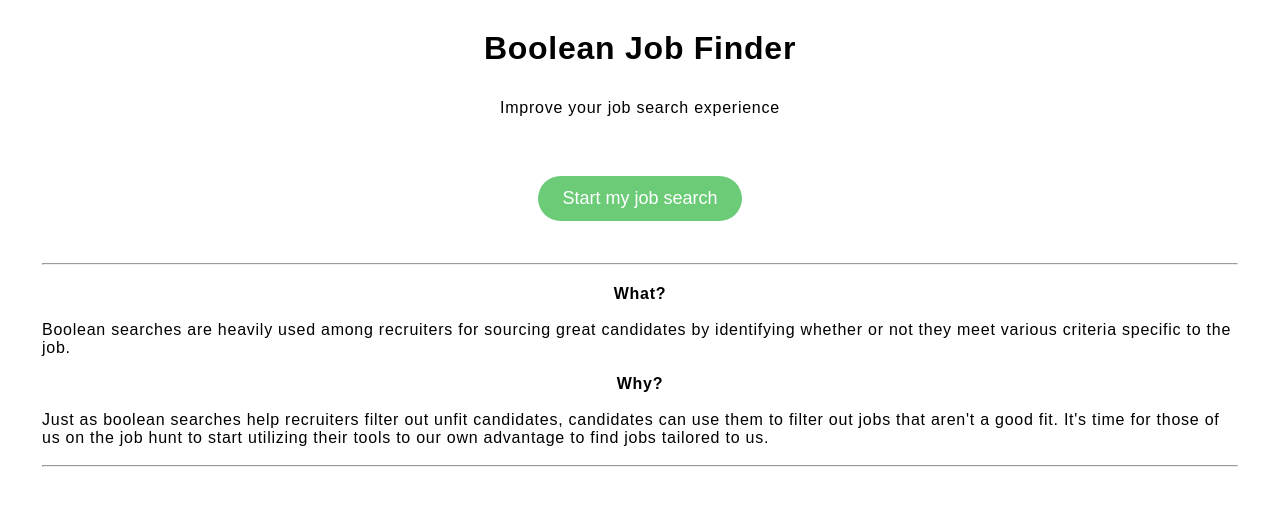
Repository: Rthompson2548/boolean-job-searcher
Page: /
An editor plug-in stored every save of this project. The page is shown before and after the next save, followed by the edit.
The browser window is 1280 px wide. The pictures show the whole page.
The project was rebuilt for these pictures with package versions that can differ from the ones it lists, and the page was loaded fresh each time.

Above is the page before, as saved 2022-04-05 14:33:45.

### public/index.html
<!DOCTYPE html>
<html lang="en">
  <head>
    <meta charset="utf-8" />
    <link rel="icon" href="%PUBLIC_URL%/favicon.ico" />
    <meta name="viewport" content="width=device-width, initial-scale=1" />
    <meta name="theme-color" content="#000000" />
    <meta
      name="description"
      content="Web site created using create-react-app"
    />
    <link rel="preconnect" href="https://fonts.googleapis.com">
    <link rel="preconnect" href="https://fonts.gstatic.com" crossorigin>
    <link href="https://fonts.googleapis.com/css2?family=Inconsolata&family=League+Spartan&display=swap" rel="stylesheet">

    <title>React App</title>
  </head>
  <body>
    <noscript>You need to enable JavaScript to run this app.</noscript>
    <div id="root"></div>
    <!--
      This HTML file is a template.
      If you open it directly in the browser, you will see an empty page.

      You can add webfonts, meta tags, or analytics to this file.
      The build step will place the bundled scripts into the <body> tag.

      To begin the development, run `npm start` or `yarn start`.
      To create a production bundle, use `npm run build` or `yarn build`.
    -->
  </body>
</html>

### src/App.js
import "./styles.css";
// import { CopyToClipboard } from "react-copy-to-clipboard";
import React, { useState, useEffect, useRef } from "react";



export default function App() {
  let searchCategories = [
    "Experience",
    "Location",
    "Tech Stack",
    "Title",
    "Technologies",
    "Company"
  ];

let defaultCategories = [
  {
    id: 1,
    name: "Experience",
    placeholders: ["Junior", "Entry", "Grad", "Student"]
  },
  {
    id: 2,
    name: "Location",
    placeholders: ["Junior", "Entry", "Grad", "Student"]
  },
  {
    id: 3,
    name: "End",
    placeholders: ["Junior", "Entry", "Grad", "Student"]
  },
  {
    id: 4,
    name: "Title",
    placeholders: ["Junior", "Entry", "Grad", "Student"]
  },
  {
    id: 5,
    name: "Technologies",
    placeholders: ["Junior", "Entry", "Grad", "Student"]
  },
  {
    id: 6,
    name: "Company Name",
    placeholders: ["Junior", "Entry", "Grad", "Student"]
  }
];


const [copyString, setCopyString] = useState("");
const [addCategory, setAddCategory] = useState(false);
const [addCategoryBtnText, setAddCategoryBtnText] = useState(
"Start my job search"
)
const [category, setCategory] = useState("");
const [categoryChosen, setCategoryChosen] = useState(false);
const [categoryOptions, setCategoryOptions] = useState(false);
const [showCategoryForm, setShowCategoryForm] = useState(false);
const [showNewCategoryButton, setShowNewCategoryButton] = useState(true);
const [showName, setShowName] = useState(false);
const [showForm, setShowForm] = useState(false);
const [showAddWordBtn, setShowAddWordBtn] = useState(false)
const [word, setWord] = useState("");
const [list, setList] = useState([]);
const [show, setShow] = useState(false);
const [finishBtn, setFinishBtn] = useState(false);
const [finished, setFinished] = useState(false);
const [result, setResult] = useState([]);
const [doneWarning, setDoneWarning] = useState(false);
const [goodbyeMessage, setGoodbyeMessage] = useState(false);


const handleNewCategory = () => {
  setCategory("");
  setAddCategoryBtnText("Add a category");
  setShowNewCategoryButton(false);
  setFinishBtn(false);
  setCategoryOptions(true);
  setCategoryChosen(false);
};



const handleCustomCategory = () => {
  setShowCategoryForm(true);
  setCategoryOptions(false);
};


const handleCategoryNameChange = event => {
  setCategory(event.target.value);
};

const submitCategory = () => {
  setAddCategory(false);
  setShowName(true);
  setShowNewCategoryButton(false);
  setShowAddWordBtn(true);
  setShowForm(true);
  setShowCategoryForm(false);
};


const handleAddWord = () => {
  setShowForm(true);
  setCategoryOptions(false);
  setCategoryChosen(true);
};


const handleCategoryClick = event => {
  setCategory(event.target.value);
  setCategoryChosen(true);
};


const handleWordChange = event => {
  setWord(event.target.value);
};


  const [noLetters, setNoLetters] = useState(false);

  const submitAsteriskWord = () => {
    if (word.length <= 1) {
      setNoLetters(true);
    } else {
      setList((prevList) => [...prevList, `"${word}*"`]);
      setWord("");
      setShow(true);
      console.log(word);
    }
  };

  const submitWord = () => {
    if (word.length <= 1) {
      setNoLetters(true);
    } else {
      setList((prevList) => [...prevList, `"${word}"`]);
      setWord("");
      setShow(true);
      console.log(word);
    }
  };

  useEffect(() => {
    setCategory(category);
  }, [category]);

  let booleanString = `(${list.join(" OR ")})`;

  const handleSubmitCategoryWords = () => {
    setShowNewCategoryButton(true);
    setShow(false);
    setShowName(false);
    setShowForm(false);
    setFinishBtn(true);
    setResult((previousResult) => [...previousResult, booleanString]);
    console.log(result.join(" AND "));
    console.log(`list: ${list}`);
    setList([]);
    console.log(`list: ${list}`);
    setCopyString(result.join(" AND "));
  };

  const handleGenerateString = () => {
    setFinished(true);
    setFinishBtn(false);
    setShowNewCategoryButton(false);
    setDoneWarning(false);
    // setGoodbyeMessage(true);
  };

const handleDone = () => {
  setDoneWarning(true);
  setFinished(false);
};


const handleConfirmFinished = () => {
  setDoneWarning(false);
  setGoodbyeMessage(true);
  setShow(false);
  setFinished(false);
};



  return (
    <div className="App">
      <div className="header">
        <h1 className="app-title">Boolean Job Finder</h1>
        <p>Improve your job search experience</p>
        <button className="start-btn" onClick={handleNewCategory}>
          {addCategoryBtnText}
        </button>

      </div>
      <div>
    </div>


      {categoryOptions === true && (
        <div>
          <div>
<p className="pick-a-category-txt">Click a category below to start</p>


            {/* iterates through array of category names and returns a button for each */}
            <div className="category-btns">
              {searchCategories.map((value, i) => (
                <button
                  id="category-btn"
                  className="category-btn"
                  key={i}
                  value={searchCategories[i]}
                  onClick={handleCategoryClick}
                >
                  {value}
                </button>
              ))}

            </div>

{
  categoryChosen === true && (
    <button className="continue-btn" onClick={handleAddWord}>
      Continue
    </button>
  )
}
          </div>
        </div>
      )}

{
  showCategoryForm === true && (
    <div>
      <label>Enter a custom category name</label>
      <input
        placeholder="Enter category name"
        onChange={handleCategoryNameChange}
        value={category}
      />

<button onClick={submitCategory}>Submit</button>;

    </div>
  )
}

      {showForm === true && (
        <div className="keyword-form">
          <h1>{category}</h1>

          <div className="keyword-form-info">
            <div>
              <label>Enter 1 or more keywords</label>
            </div>
            <input
              placeholder="Enter two or more letters..."
              value={word}
              onChange={handleWordChange}
            />
          </div>

          <div className="keyword-btns">
            <button onClick={submitWord}>Include exact keyword</button>
            <button onClick={submitAsteriskWord}>
              Include similar keywords
            </button>

          </div>


        </div>
      )}

      {show === true && (
        <div className="keyword-string">
          <h4>{booleanString}</h4>
        </div>
      )}

      {showForm === true && (
        <div>
          <button className="continue-btn" onClick={handleSubmitCategoryWords}>
            Continue
          </button>
        </div>
      )}

      {showNewCategoryButton === true && (
        // <div className="what-why">
        <div className="what-why-info">
          <hr />
              <h4>What?</h4>
              <p>
                Boolean searches are heavily used among recruiters for sourcing great
                candidates by identifying whether or not they meet various criteria specific
                to the job.
              </p>
              <h4>Why?</h4>
              <p>
                Just as boolean searches help recruiters filter out unfit candidates, candidates can use them to filter out jobs that aren't a good fit. It's time for those of us on the job hunt to start utilizing their tools to our own advantage to find jobs tailored to us.
          </p>

          <hr />
        </div>



        // </div>
      )}


      {finishBtn === true && (
        <div>
          <button className="done-btn" onClick={handleGenerateString}>
            Submit
          </button>
        </div>
      )}

      {finished === true && (
        <div className="boolean-string">
          <p value={copyString}>{result.join(" AND ")}</p>
          <button className="done-btn" onClick={handleDone}>
            Done
          </button>
        </div>
      )}

      {doneWarning === true && (
        <div className="boolean-string">
          <p>Are you sure? This cannot be undone</p>
          <button className="done-btn" onClick={handleConfirmFinished}>
            Yes, I am done
          </button>
        </div>
      )}

      {goodbyeMessage === true && (
        <div className="goodye-msg boolean-string">
<p>Goodbye!</p>;

          <button
            className="start-btn"
            onClick={() => window.location.reload(false)}
          >
            Home
          </button>
        </div>
      )}
    </div>
  );
}

### src/styles.css
* {
  margin: 0;
  padding: 0;
  /* background-color: #fff; */
  /* color: #000; */
  /* padding: 18px 0; */
}

.App {
  font-family: sans-serif;
  text-align: center;
  letter-spacing: 0.75px;
}

.header {
  line-height: 2rem;
  letter-spacing: 0.75px;
  padding: 32px 0 0 0;
}

img {
  width: 250px;
  height: auto;
}

button {
  /* width: 300px; */
  border-radius: 25px;
  background-color: #fff;
  color: #000;
  border: none;
  /* margin: 18px 0 0 0; */
  font-size: 18px;
}

.app-title {
  margin-bottom: 28px;
  font-size: 32px;
}

h3 {
  font-size: 22px;
}

.what-why-info {
  overflow: hidden;
  padding: 42px;
}

.what-why-info p {
  margin: 18px 0 !important;
  text-align: left !important;
}

hr {
  margin-bottom: 20px;
}
.start-btn {
  background-color: #6bcb77 !important;
  color: #fff;
  font-size: 18px;
  vertical-align: middle;
  padding: 12px 24px;
  margin-top: 52px;
}

.pick-a-category-txt {
  font-size: 18px;
  margin-bottom: 12px;
}

input {
  background-color: #fff;
  font-size: 18px;
  color: #000;
  width: 260px;
  border: 1.5px solid black;
  border-radius: 25px;
}

label {
  font-size: 20px;
}

.category-btns {
  /* center the element */
  right: 0;
  left: 0;
  margin-right: auto;
  margin-left: auto;
  display: flex;
  flex-direction: column;
  align-items: center;
}

.category-btns button {
  background-color: #ff6b6b;
  color: #fff;
  padding: 12px 42px;
  width: 300px;
}

.category-buttons button:active,
button:focus {
  /* color: #fff !important;
  background-color: #FFD93D !important; */
}

.category-buttons button:visited:after {
  color: #fff !important;
  background-color: #000 !important;
}

.continue-btn {
  background-color: #4d96ff;
  color: #fff;
}

.keyword-form-info {
  margin-top: 24px;
}

.keyword-form-info input {
  padding: 10px 24px 10px 10px;
  margin-top: 16px;
}

.keyword-btns {
  display: flex;
  flex-direction: column;
  align-items: center;
  margin: 10px 0 24px 0;
}

.keyword-btns button {
  background-color: #ff6b6b;
  color: #fff;
  font-size: 18px;
}

.keyword-string {
  padding: 20px;
  font-size: 20px;
  line-height: 2rem;
}

.goodye-msg {
  /* padding-top: 25%; */
  font-size: 42px !important;
}

.goodye-msg button {
  /* background-color: #4D96FF !important; */
  /* vertical-align: middle !important; */
}

.boolean-string {
  font-size: 32px;
  font-weight: bold;
  padding-top: 10%;
}


.boolean-string button {
  background-color: #fa58bc;
  color: #fff;
}

.done-btn {
  background-color: #4d96ff !important;
  color: #fff;
  font-size: 22px;
  vertical-align: middle;
  width: 400px;
  padding: 20px 0;
  margin-top: 36px;
}

.home-btn {
  background-color: #6bcb77 !important;
}

Loaded but not shown: src/index.js (common file); src/index.css (no stored copy; drawn as an empty file)

After the next save:
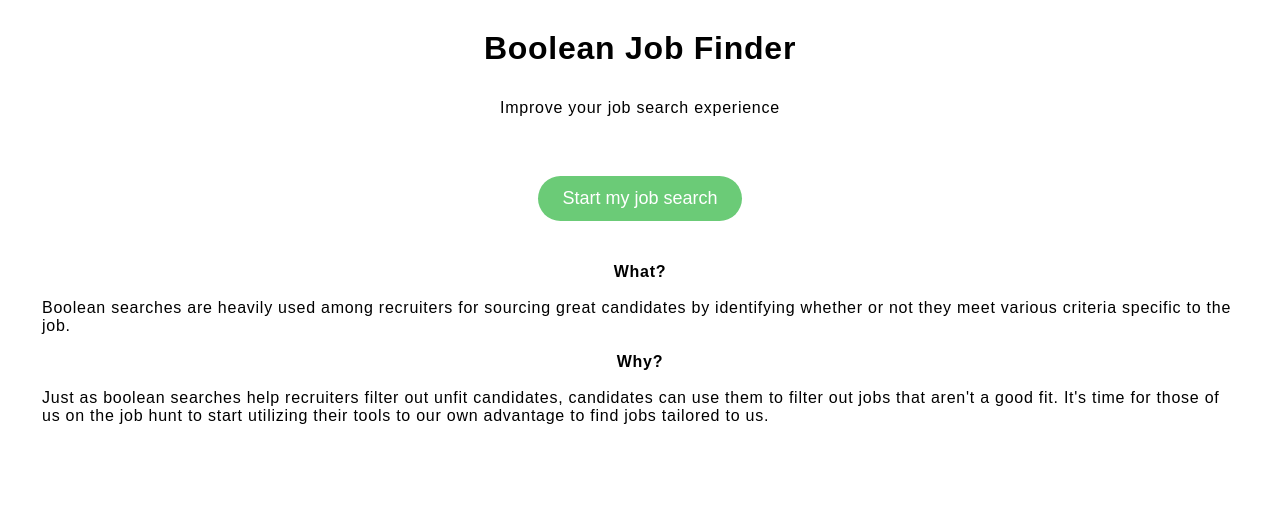
Saved 14 s later.
--- a/src/App.js
+++ b/src/App.js
@@ -294,7 +294,7 @@ const handleConfirmFinished = () => {
       {showNewCategoryButton === true && (
         // <div className="what-why">
         <div className="what-why-info">
-          <hr />
+          {/* <hr /> */}
               <h4>What?</h4>
               <p>
                 Boolean searches are heavily used among recruiters for sourcing great
@@ -306,7 +306,7 @@ const handleConfirmFinished = () => {
                 Just as boolean searches help recruiters filter out unfit candidates, candidates can use them to filter out jobs that aren't a good fit. It's time for those of us on the job hunt to start utilizing their tools to our own advantage to find jobs tailored to us.
           </p>
 
-          <hr />
+          {/* <hr /> */}
         </div>
 
 
